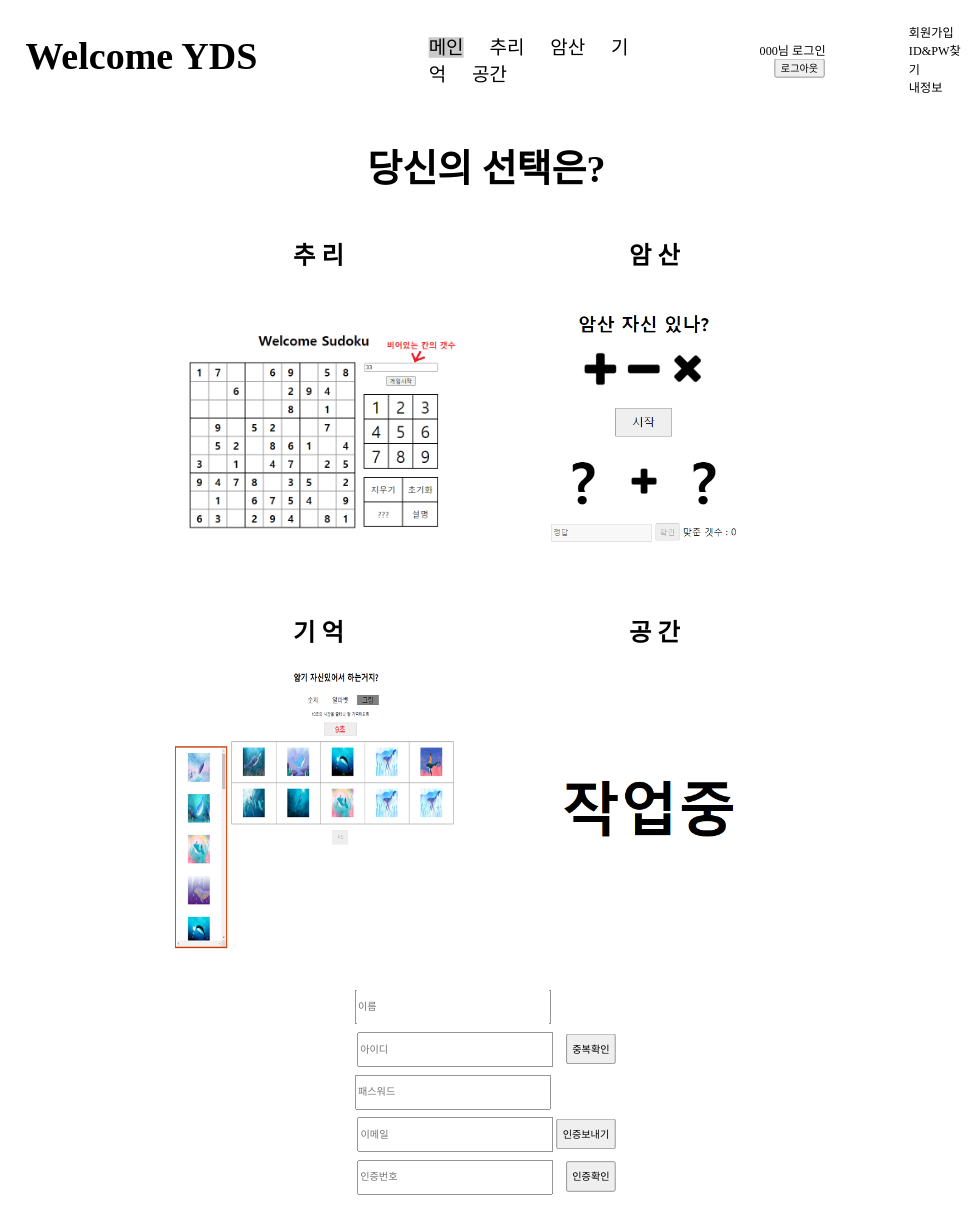
Repository: ejrtn/springbootMaven
Page: deoksu/src/main/resources/static/main.html
An editor plug-in stored every save of this project. The page is shown before and after the next save, followed by the edit.
The browser window is 1280 px wide. The pictures show the whole page, at 76% of full size.

Above is the page before, as saved 2021-04-10 16:29:55.
Console error: TypeError: Cannot set properties of null (setting 'onclick')

### deoksu/src/main/resources/static/main.html
<!DOCTYPE html>
<html>
<head>
<meta charset="UTF-8">
<title>Insert title here</title>
	<style type="text/css">
		img {width: 400px; cursor: pointer;}
	</style>
	<script  src="http://code.jquery.com/jquery-latest.min.js"></script>
	<script type="text/javascript">
		function join(a){
			if(a==1)
				$("#join").css("background-color","#9e9e9e8c");
			else
				$("#join").css("background-color","");
		}
		function idpw(a){
			if(a==1)
				$("#idpw").css("background-color","#9e9e9e8c");
			else
				$("#idpw").css("background-color","");
		}
		function info(a){
			if(a==1)
				$("#info").css("background-color","#9e9e9e8c");
			else
				$("#info").css("background-color","");
		}
	</script>
</head>
<body>
	<div align="center">
		<table>
			<tr>
				<td>
					<h1 align="center" style="font-size: 50px; width: 350px; height:66px; cursor: pointer;" onclick="location.href='/'">Welcome YDS</h1>
				</td>
				<td style="padding-left: 200px; padding-right: 100px;">
					<label style="font-size: 25px; cursor: pointer; background-color: #9e9e9e8c; margin-right: 30px;" onclick="location.href='/'">메인</label>
					<label style="font-size: 25px; cursor: pointer; margin-right: 30px;" onclick="location.href='sudoku'">추리</label>
					<label style="font-size: 25px; cursor: pointer; margin-right: 30px;" onclick="location.href='math'">암산</label>
					<label style="font-size: 25px; cursor: pointer; margin-right: 30px;" onclick="location.href='memorization'">기억</label>
					<label style="font-size: 25px; cursor: pointer; margin-right: 30px;" onclick="location.href='space'">공간</label>
				</td>
				<td style="padding-left: 50px;">
<!-- 					<input type="text" placeholder="아이디" style="height: 30px; width: 180px;"> -->
<!-- 					<input type="password" placeholder="비밀번호" style="height: 30px; width: 180px;"> -->
<!-- 					<input type="button" value="확인" style="height: 30px;"> -->
					<label>000님 로그인</label><input type="button" value="로그아웃" style="margin-left: 20px;">
				</td>
				<td style="padding-left: 50px;">
					<label onmouseover="join(1)" onmouseout="join(2)" id="join" style="cursor: pointer;" onclick="">회원가입</label><br>
					<label onmouseover="idpw(1)" onmouseout="idpw(2)" id="idpw" style="cursor: pointer;" onclick="">ID&PW찾기</label><br>
					<label onmouseover="info(1)" onmouseout="info(2)" id="info" style="cursor: pointer;" onclick="">내정보</label><br>
				</td>
			</tr>
		</table>
	</div>
	<div align="center" style="margin-top: 20px;">
		<h1 align="center"  style="font-size: 50px; width: 400px;">당신의 선택은?</h1>
		<table>
			<tr>
				<td align="center" style="padding-right: 20px;">
					<h1>추 리</h1>
					<img src="images/main_img/sudoku.png" onclick="location.href='sudoku'">
				</td>
				<td align="center" style="padding-left: 20px;">
					<h1>암 산</h1>
					<img src="images/main_img/math.png" onclick="location.href='math'">
				</td>
			</tr>
			<tr>
				<td align="center" style="padding-right: 20px;">
					<h1>기 억</h1>
					<img src="images/main_img/memorization.png" onclick="location.href='memorization'">
				</td>
				<td align="center" style="padding-left: 20px;">
					<h1>공 간</h1>
					<img src="images/main_img/working.png" onclick="location.href='space'">
				</td>
			</tr>
		</table>
	</div>

	<div id="modal">
	    <div align="center" style="margin-top: 20px;">
			<input type="text" placeholder="이름" style="width: 250px; height: 40px; margin-right: 88px; margin-bottom: 10px;"><br>
			<input type="text" placeholder="아이디" style="width: 250px; height: 40px; margin-right: 13px; margin-bottom: 10px;">
			<input type="button" value="중복확인" style="height: 40px;"><br>
			<input type="password" placeholder="패스워드" style="width: 250px; height: 40px; margin-right: 88px; margin-bottom: 10px;"><br>
			<input type="email" placeholder="이메일" style="width: 250px; height: 40px; margin-bottom: 10px;">
			<input type="button" value="인증보내기" style="height: 40px;"><br>
			<input type="text" placeholder="인증번호" style="width: 250px; height: 40px; margin-right: 13px; margin-bottom: 10px;">
			<input type="button" value="인증확인" style="height: 40px;">
		</div>
    	<div class="modal_layer"></div>
	</div>
	<script>
	    document.getElementById("modal_close_btn").onclick = function() {
	        document.getElementById("modal").style.display="none";
	    }
	</script>


</body>
</html>

After the next save:
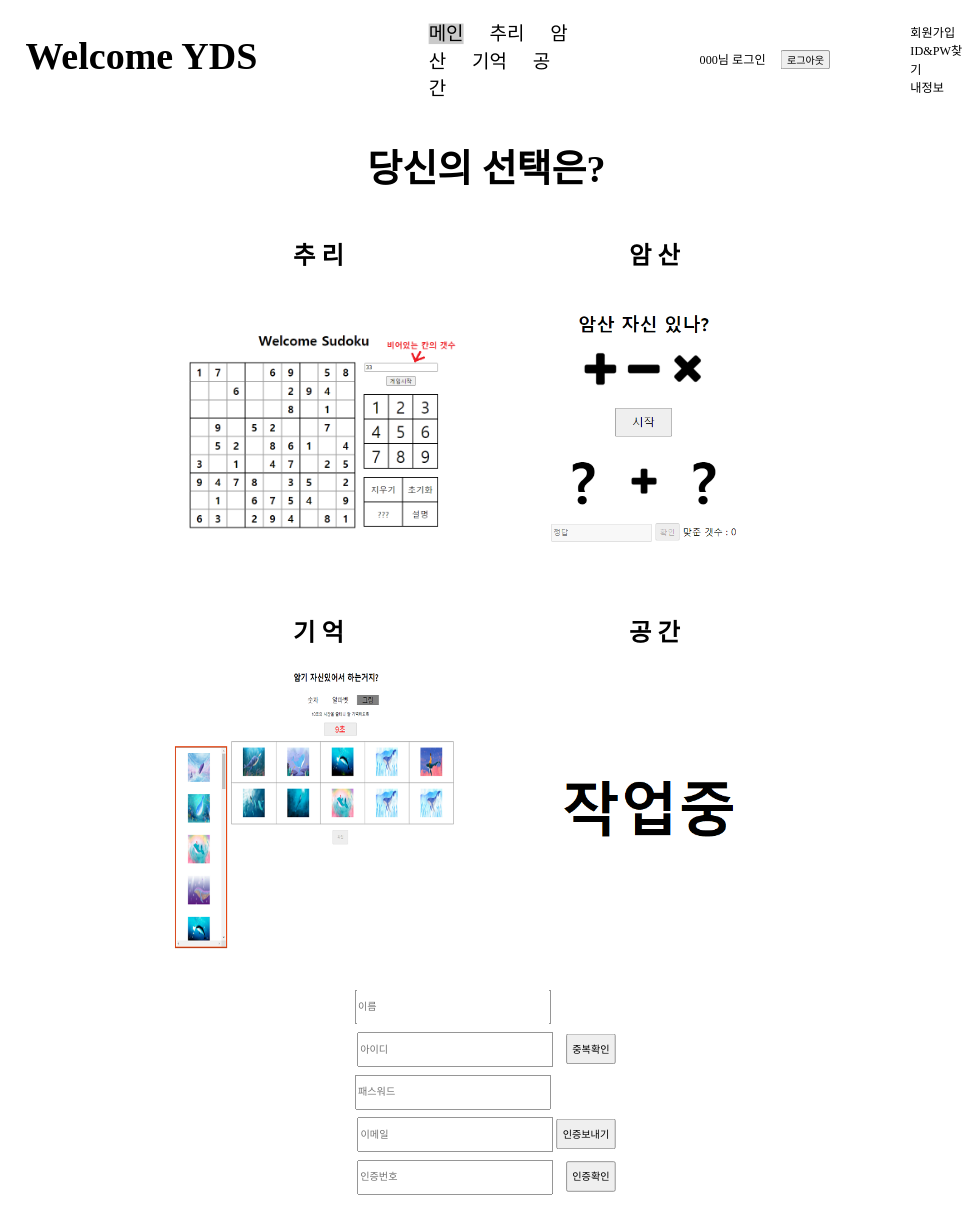
Saved 2 min 9 s later.
--- a/deoksu/src/main/resources/static/main.html
+++ b/deoksu/src/main/resources/static/main.html
@@ -32,23 +32,23 @@
 	<div align="center">
 		<table>
 			<tr>
-				<td>
+				<td style="width: 350px;">
 					<h1 align="center" style="font-size: 50px; width: 350px; height:66px; cursor: pointer;" onclick="location.href='/'">Welcome YDS</h1>
 				</td>
-				<td style="padding-left: 200px; padding-right: 100px;">
+				<td style="padding-left: 200px; padding-right: 100px; width: 450px;">
 					<label style="font-size: 25px; cursor: pointer; background-color: #9e9e9e8c; margin-right: 30px;" onclick="location.href='/'">메인</label>
 					<label style="font-size: 25px; cursor: pointer; margin-right: 30px;" onclick="location.href='sudoku'">추리</label>
 					<label style="font-size: 25px; cursor: pointer; margin-right: 30px;" onclick="location.href='math'">암산</label>
 					<label style="font-size: 25px; cursor: pointer; margin-right: 30px;" onclick="location.href='memorization'">기억</label>
 					<label style="font-size: 25px; cursor: pointer; margin-right: 30px;" onclick="location.href='space'">공간</label>
 				</td>
-				<td style="padding-left: 50px;">
+				<td style="padding-left: 50px; width: 450px;">
 <!-- 					<input type="text" placeholder="아이디" style="height: 30px; width: 180px;"> -->
 <!-- 					<input type="password" placeholder="비밀번호" style="height: 30px; width: 180px;"> -->
 <!-- 					<input type="button" value="확인" style="height: 30px;"> -->
 					<label>000님 로그인</label><input type="button" value="로그아웃" style="margin-left: 20px;">
 				</td>
-				<td style="padding-left: 50px;">
+				<td style="padding-left: 50px; width: 100px;">
 					<label onmouseover="join(1)" onmouseout="join(2)" id="join" style="cursor: pointer;" onclick="">회원가입</label><br>
 					<label onmouseover="idpw(1)" onmouseout="idpw(2)" id="idpw" style="cursor: pointer;" onclick="">ID&PW찾기</label><br>
 					<label onmouseover="info(1)" onmouseout="info(2)" id="info" style="cursor: pointer;" onclick="">내정보</label><br>
